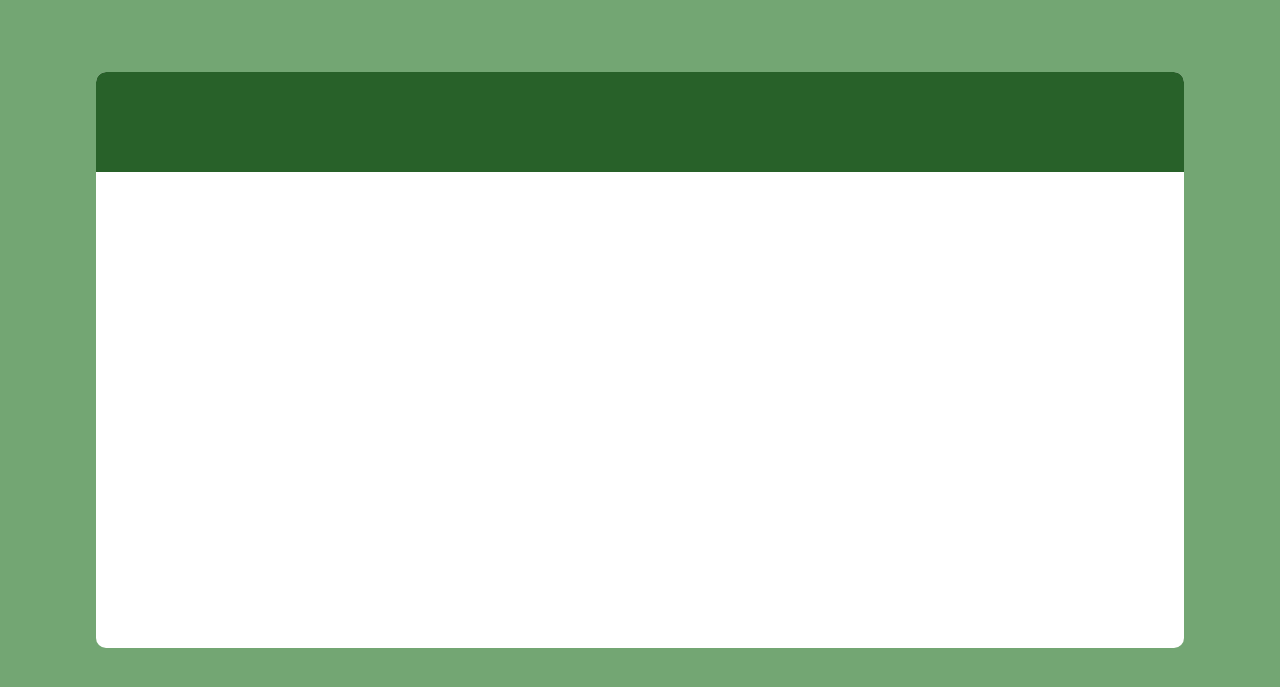
Repository: ketansharma22/BubbleGame
Page: index.html
An editor plug-in stored every save of this project. The page is shown before and after the next save, followed by the edit.
The browser window is 1280 px wide. The pictures show the whole page.

Above is the page before, as saved 2024-02-18 22:50:49.

After the next save:
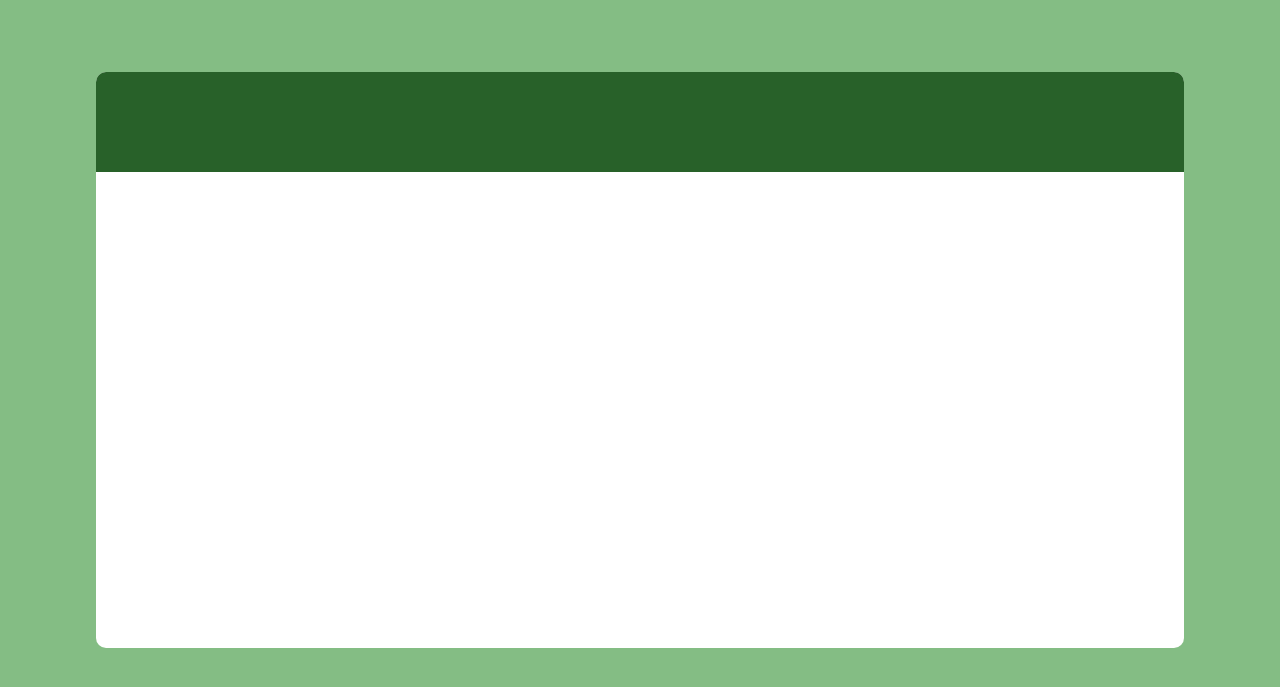
Saved 7 s later.
--- a/styles.css
+++ b/styles.css
@@ -13,7 +13,7 @@
     align-items: center;
     width: 100%;
     height: 100%;
-    background-color: rgb(115, 166, 115);
+    background-color: rgb(132, 189, 132);
 }
 .show{
     width: 85%;
